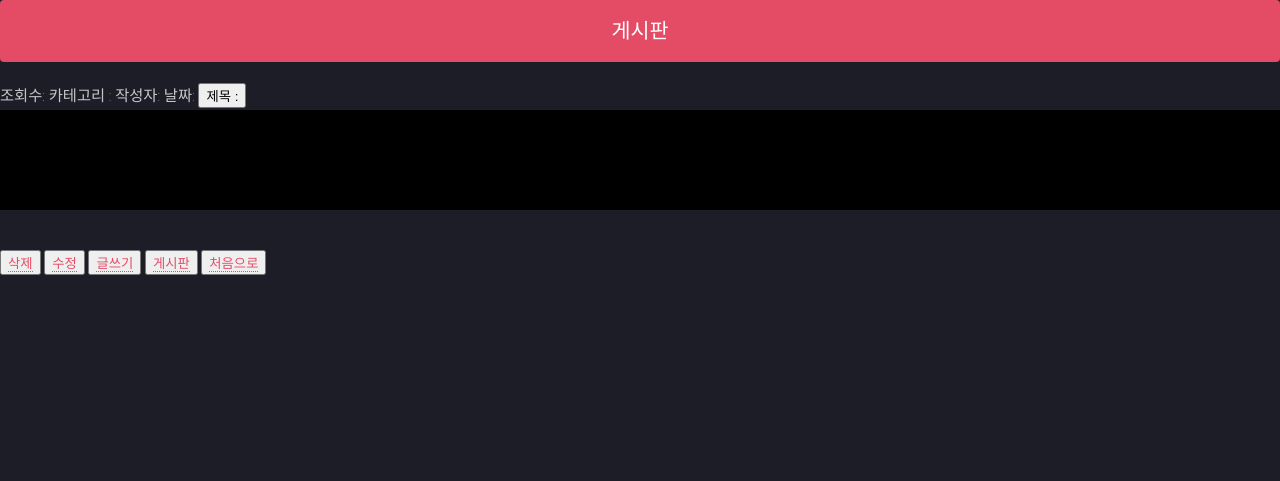
Repository: worMholEamkim/SpringEX
Page: http://localhost/bbs/bbsview.do
The author's editor kept a copy of each file at every save. The page is drawn from the files as they stood at one save, then again after the next save.
The browser window is 1280 px wide. The pictures show the whole page.
The page is served by Tomcat 9. Queries for data that is not in the repository find no rows.

Above is the page before, as saved 2019-03-15 07:25:47.

After the next save:
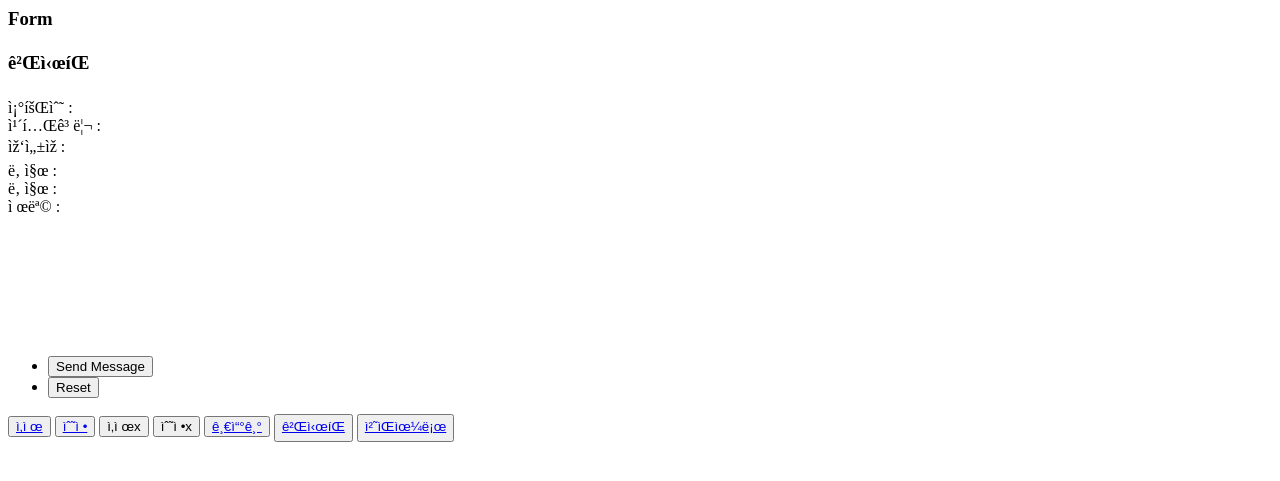
Saved 2 days later.
--- a/JSP_WepPage_Server-master.zip_expanded/JSP_WepPage_Server-master/bbs/WebContent/WEB-INF/bbsview.jsp
+++ b/JSP_WepPage_Server-master.zip_expanded/JSP_WepPage_Server-master/bbs/WebContent/WEB-INF/bbsview.jsp
@@ -1,4 +1,4 @@
-<%@ page language="java" contentType="text/html; charset=UTF-8"
+<%-- <%@ page language="java" contentType="text/html; charset=UTF-8"
 	pageEncoding="UTF-8"%>
 <%@ taglib prefix="c" uri="http://java.sun.com/jsp/jstl/core"%>
 
@@ -128,7 +128,7 @@
 <!-- 									<button type="submit" -->
 <!-- 										class="w3-button w3-block w3-button w3-red" -->
 <!-- 										style="width: 40%;"> -->
-<%-- 										<a href='bbscomment.do?id=${bbsview.bbsId}'>댓글달기</a> --%>
+										<a href='bbscomment.do?id=${bbsview.bbsId}'>댓글달기</a>
 <!-- 									</button> -->
 <!-- 								</form> -->
 <!-- 							</div> -->
@@ -139,4 +139,110 @@
 		</div>
 	</div>
 </body>
-</html>
+</html> --%>
+
+
+<!-- Form -->
+							<section>
+								<h3>Form</h3>
+								<form method="post" action="#">
+									<div class="row gtr-uniform gtr-50"> <h3 class="button primary fit">게시판</h3>
+
+										<div class="col-6">
+											조회수 : ${bbsview.bbsHit}
+										</div>
+										<div class="col-6">
+											카테고리 : ${bbsview.bbsCategory}
+										</div>
+										<div class="col-6">
+											작성자 : ${bbsview.id}
+										</div>
+										<div class="col-6">
+											날짜 : ${bbsview.bbsDate}
+										</div>
+										<div class="col-6">
+											날짜 : ${bbsview.bbsDate}
+										</div>
+										<div class="col-12">
+											제목 : ${bbsview.bbsTitle}
+										</div>
+										<div class="col-12">
+											<p style=" font-size: 20px; line-height:2; padding: 50px 50px;">
+										${bbsview.bbsContent}</p>
+										</div>
+
+										<div class="col-6">
+											<c:forEach var="item" items="${files}" >
+												<a href="bbsFile.do?id=${item.fileId}" target="_blank">${item.orgn_File_Nm}
+												</a>
+											</c:forEach>
+										</div>
+										<div class="col-12">
+											<ul class="actions">
+												<li><input type="submit" value="Send Message" class="primary" /></li>
+												<li><input type="reset" value="Reset" /></li>
+											</ul>
+										</div>
+									</div>
+
+									<div>
+										<c:choose>
+											<c:when test="${bbsview.id ==sessionID}">
+												<td>
+											<button class="button primary">
+
+												<a href="bbsdelete.do?id=${bbsview.bbsId}">삭제</a>
+
+											</button>
+											</td>
+											<td>
+									<button class="button primary">
+
+										<a href="bbsupdate.do?id=${bbsview.bbsId}">수정</a>
+
+									</button>
+								</td>
+							</c:when>
+							<c:otherwise>
+								<td>
+									<button class="button primary">
+										삭제x</button>
+								</td>
+								<td>
+									<button class="button primary">
+										수정x</button>
+								</td>
+							</c:otherwise>
+						</c:choose>
+
+								</form>
+	<td>
+							<button class="button primary">
+								<a href='bbsupload2.do'>글쓰기</a>
+							</button>
+						</td>
+					</tr>
+				</tbody>
+				<tfoot>
+					<tr>
+						<td>
+						</td>
+
+						<td colspan="2">
+							<button class="button primary">
+								<a href='bbs.do'>게시판</a>
+							</button>
+						</td>
+
+						<td>
+						</td>
+					</tr>
+
+					<tr>
+						<td colspan="4">
+							<button class="button primary">
+								<a href='home.do'>처음으로</a>
+							</button>
+						</td>
+					</tr>
+							</section>
